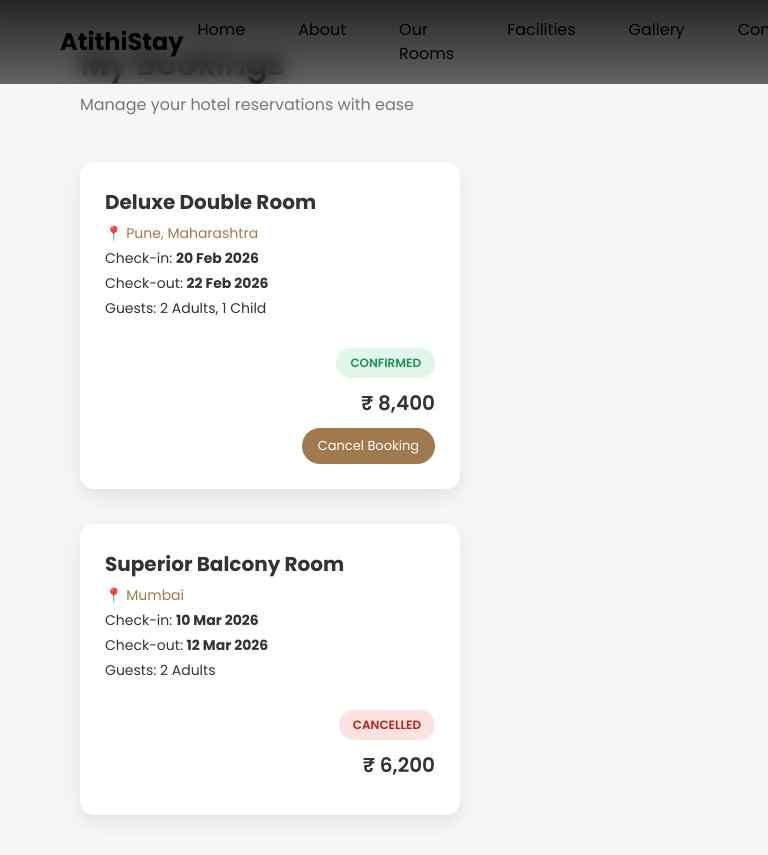
Repository: shraddhasal/HotelManagementSystem
Page: http://localhost/HMS/jsp/user/mybookings.jsp
An editor plug-in stored every save of this project. The page is shown before and after the next save, followed by the edit.
The browser window is 768 px wide. The pictures show the whole page.
The page is served by Tomcat 10. The session is filled in as if someone had signed in: {"userName": "testuser"}. Other server files are loaded and not shown.

Above is the page before, as saved 2026-02-17 12:17:57.

### HMS/src/main/webapp/jsp/user/mybookings.jsp


<%@ page language="java" contentType="text/html; charset=UTF-8"%>
<%
    String userName = (String) session.getAttribute("userName");
    if (userName == null) {
        response.sendRedirect(request.getContextPath() + "/jsp/user/login.jsp");
        return;
    }
%>

<!DOCTYPE html>
<html>
<head>
    <title>My Bookings | AtithiStay</title>

    <link rel="stylesheet" href="<%=request.getContextPath()%>/css/mybookings.css">

    <!-- Poppins -->
    <link href="https://fonts.googleapis.com/css2?family=Poppins:wght@300;400;500;600;700&display=swap"
          rel="stylesheet">
</head>

<body>
<jsp:include page="/jsp/common/navbar.jsp" />

<div class="mybookings-page">

    <!-- HEADER -->
    <div class="mybookings-header">
        <h1>My Bookings</h1>
        <p>Manage your hotel reservations with ease</p>
    </div>

    <!-- BOOKINGS LIST -->
    <div class="bookings-container">

        <!-- BOOKING CARD -->
        <div class="booking-card">
            <div class="booking-left">
                <h3>Deluxe Double Room</h3>
                <p class="location">📍 Pune, Maharashtra</p>
                <p>Check-in: <b>20 Feb 2026</b></p>
                <p>Check-out: <b>22 Feb 2026</b></p>
                <p>Guests: 2 Adults, 1 Child</p>
            </div>

            <div class="booking-right">
                <span class="status confirmed">CONFIRMED</span>
                <p class="price">₹ 8,400</p>
                <button class="cancel-btn">Cancel Booking</button>
            </div>
        </div>

        <!-- BOOKING CARD -->
        <div class="booking-card">
            <div class="booking-left">
                <h3>Superior Balcony Room</h3>
                <p class="location">📍 Mumbai</p>
                <p>Check-in: <b>10 Mar 2026</b></p>
                <p>Check-out: <b>12 Mar 2026</b></p>
                <p>Guests: 2 Adults</p>
            </div>

            <div class="booking-right">
                <span class="status cancelled">CANCELLED</span>
                <p class="price">₹ 6,200</p>
            </div>
        </div>

    </div>
</div>

</body>
</html>

### HMS/src/main/webapp/jsp/common/navbar.jsp
<%
    String userName = (String) session.getAttribute("userName");
%>

<nav class="navbar">
    <h2 class="logo"
        onclick="window.location.href='<%=request.getContextPath()%>/home.jsp'">
        AtithiStay
    </h2>

    <ul>
        <li onclick="window.location.href='<%=request.getContextPath()%>/home.jsp'">Home</li>
        <li onclick="window.location.href='<%=request.getContextPath()%>/home.jsp#about'">About</li>
        <li onclick="window.location.href='<%=request.getContextPath()%>/jsp/user/rooms.jsp'">Our Rooms</li>
        <li onclick="window.location.href='<%=request.getContextPath()%>/home.jsp#facilities'">Facilities</li>
        <li onclick="window.location.href='<%=request.getContextPath()%>/home.jsp#gallery'">Gallery</li>
        <li onclick="window.location.href='<%=request.getContextPath()%>/home.jsp#contact'">Contact</li>

        <% if (userName != null) { %>
            <li onclick="window.location.href='<%=request.getContextPath()%>/jsp/user/mybookings.jsp'">
                My Bookings
            </li>
        <% } %>
    </ul>

    <div class="nav-right">
        <% if (userName != null) { %>
            <span class="welcome-text">Hi, <%= userName %></span>
            <a href="<%=request.getContextPath()%>/logout" class="nav-login-btn">
                Logout
            </a>
        <% } else { %>
            <a href="<%=request.getContextPath()%>/jsp/user/login.jsp"
               class="nav-login-btn">
                Login
            </a>
        <% } %>
    </div>
</nav>

### HMS/src/main/webapp/css/mybookings.css
@import url("./home.css");
* {
    margin: 0;
    padding: 0;
    box-sizing: border-box;
    font-family: 'Poppins', sans-serif;
}

body {
    background: #f6f6f6;
}

.mybookings-page {
    padding: 40px 80px;
}

/* HEADER */
.mybookings-header {
    margin-bottom: 30px;
}

.mybookings-header h1 {
    font-size: 32px;
    font-weight: 600;
}

.mybookings-header p {
    color: #777;
    margin-top: 5px;
}

/* BOOKINGS */
.bookings-container {
    display: flex;
    flex-direction: column;
    gap: 20px;
}

.booking-card {
    background: #fff;
    padding: 25px;
    border-radius: 14px;
    display: flex;
    justify-content: space-between;
    box-shadow: 0 8px 20px rgba(0,0,0,0.08);
}

.booking-left h3 {
    font-size: 20px;
    margin-bottom: 6px;
}

.location {
    color: #a0794c;
    margin-bottom: 8px;
}

.booking-left p {
    font-size: 14px;
    margin-bottom: 4px;
}

/* RIGHT */
.booking-right {
    text-align: right;
}

.price {
    font-size: 20px;
    font-weight: 600;
    margin: 10px 0;
}

/* STATUS */
.status {
    padding: 6px 14px;
    border-radius: 20px;
    font-size: 12px;
    font-weight: 600;
    display: inline-block;
}

.confirmed {
    background: #e0f6e9;
    color: #1f9254;
}

.cancelled {
    background: #fde2e2;
    color: #b42318;
}

/* BUTTON */
.cancel-btn {
    background: #a0794c;
    color: #fff;
    border: none;
    padding: 8px 16px;
    border-radius: 20px;
    cursor: pointer;
    font-size: 13px;
}

.cancel-btn:hover {
    background: #8c653a;
}

### HMS/src/main/webapp/css/home.css

* {
  font-family: 'Poppins', sans-serif;
}
html {
  font-size: 16px;
  line-height: 1.5;
  -webkit-text-size-adjust: 100%;
}

body {
  margin: 0;
  padding: 0;
  font-family: Arial, sans-serif;
}

/* Reset */
* {
  margin: 0;
  padding: 0;
  box-sizing: border-box;
}

html, body, #root {
  width: 100%;
}

/* ================= HERO SECTION ================= */
.hero {
  width: 100%;
  height: 82vh;
  background: url("https://images.unsplash.com/photo-1566073771259-6a8506099945")
              no-repeat center center;
  background-size: cover;
  color: white;
  position: relative;
}

/* Dark overlay */
.hero::before {
  content: "";
  position: absolute;
  inset: 0;
  background: rgba(0,0,0,0.5);
}

.hero > * {
  position: relative;
  z-index: 1;
}

/* ================= NAVBAR ================= */
.navbar {
  position: fixed;
  top: 0;
  left: 0;
  width: 100%;
  z-index: 1000;

  display: flex;
  justify-content: space-between;
  align-items: center;
  padding: 10px 60px;

  backdrop-filter: blur(10px);
  background: linear-gradient(
    to bottom,
    rgba(0,0,0,0.85),
    rgba(0,0,0,0.6)
  );
}

/* Navbar links */
.navbar ul {
  list-style: none;
  display: flex;
  gap: 25px;
}

.navbar li {
  padding: 8px 14px;
  border-radius: 6px;
  cursor: pointer;
  transition: 0.3s;
}

.navbar li:hover {
  background: white;
  color: #8b5e3c;
}

/* Login button */
.nav-login-btn {
  background: #8b5e3c;
  color: #fff;
  border: none;
  padding: 8px 18px;
  border-radius: 6px;
  font-size: 14px;
  font-weight: 600;
  cursor: pointer;
}
.nav-right {
  display: flex;
  align-items: center;
  gap: 15px;
  min-width: 140px;   /* 🔥 keeps layout stable */
}

.welcome-text {
  color: white;
  font-size: 14px;
}

/* ================= HERO CONTENT ================= */
.hero-content {
  width: 100%;
  max-width: 1200px;
  margin: 0 auto;
  padding-top: 70px;

  display: flex;
  justify-content: space-between;
  align-items: center;
  gap: 30px;
}

.left {
  width: 45%;
}

.left h1 {
  font-size: 65px;
  margin-bottom: 30px;
  line-height: 1.15;
}

.left p {
  margin-bottom: 35px;
  opacity: 0.9;
}

/* ================= VISIT US BUTTON ================= */

/* ================= VISIT US BUTTON ================= */

.visit-btn {
  background: transparent;
  border: 2px solid #ffffff;
  color: #ffffff;
  padding: 14px 36px;
  border-radius: 30px;
  font-size: 14px;
  font-weight: 600;
  letter-spacing: 0.5px;
  cursor: pointer;
  transition: all 0.35s ease;
  margin-top: 10px;
}


/* Hover effect */
.visit-btn:hover {
  background: #8b5e3c;
  border-color: #8b5e3c;
  color: #fff;
  transform: translateY(-3px);
  box-shadow: 0 10px 25px rgba(139, 94, 60, 0.35);
}

/* ================= BOOKING CARD ================= */
.booking-card {
  width: 380px;
  background: #ffffff;
  color: #333;
  padding: 25px;
  border-radius: 6px;
  margin-top: 15px;
  display: flex;
  flex-direction: column;
  gap: 25px;
  box-shadow: 0 8px 25px rgba(0,0,0,0.25);

}
.booking-card .field input[type="text"] {
  padding: 10px;
  border-radius: 4px;
  border: 1px solid #ddd;
  font-size: 14px;
   height: 42px;
}

/* Heading */
.booking-card h2 {
  text-align: left;
  margin-bottom: 12px;
}

/* Row layout */
.date-row {
  display: flex;
  gap: 10px;
}

.row {
  display: flex;
  gap: 10px;
}
.booking-card .field {
  margin-bottom: 10px;   /* adds space between fields */
}

.booking-card h2 {
  margin-bottom: 22px;   /* space under Book A Room heading */
}

/* Field */
.field {
  display: flex;
  flex-direction: column;
  flex: 1;
}

.field label {
  font-size: 13px;
  margin-bottom: 5px;
  color: #444;
}
.booking-card .field label {
  margin-bottom: 4px;    /* tighten label-input gap */
  font-size: 13px;
}

/* Inputs */
.field input,
.field select {
  padding: 10px;
  border-radius: 4px;      /* 🔥 almost square */
  border: 1px solid #ddd;
  font-size: 14px;
  outline: none;
}

/* Button */
.check-btn {
  background: #8b5e3c;
  color: white;
  padding: 12px;
  border: none;
  cursor: pointer;
  border-radius: 4px;
  font-weight: bold;
  transition: 0.3s;
}

.check-btn:hover {
  background: #6f472d;
}

/* ================= ROOMS SECTION ================= */

.rooms {
  background: #f5f0ea;
  padding: 90px 80px;
  text-align: center;
  padding: 40px 80px 80px;
  margin-top: 0;
}

/* heading */
.rooms-tag {
  color: #8b5e3c;
  font-size: 13px;
  letter-spacing: 2px;
  text-transform: uppercase;
}

.rooms-heading {
  font-size: 42px;
  margin: 10px 0 15px;
  font-weight: 700;
  color: #2b2b2b;
}

.rooms-subtext {
  max-width: 720px;
  margin: 0 auto 60px;
  color: #777;
  font-size: 14px;
  line-height: 1.7;
}

/* GRID */
.lux-rooms-grid {
  display: grid;
  grid-template-columns: repeat(3, 1fr);
  gap: 32px;
}

/* CARD */
.lux-room-card {
  position: relative;
  height: 380px;
  border-radius: 22px;
  overflow: hidden;
  box-shadow: 0 18px 40px rgba(0,0,0,0.18);
  cursor: pointer;
}

/* IMAGE */
.lux-room-card img {
  width: 100%;
  height: 100%;
  object-fit: cover;
  transition: transform 0.6s ease;
}

/* OVERLAY */
.lux-overlay {
  position: absolute;
  inset: 0;
  background: linear-gradient(
    to top,
    rgba(0,0,0,0.75),
    rgba(0,0,0,0.25)
  );
  display: flex;
  flex-direction: column;
  justify-content: flex-end;
  align-items: center;
  padding: 30px;
  text-align: center;
  color: #fff;
}

/* TEXT */
.lux-overlay h3 {
  font-size: 22px;
  font-weight: 600;
  margin-bottom: 6px;
}

.lux-overlay p {
  font-size: 15px;
  margin-bottom: 16px;
}

/* BUTTON */
.lux-overlay button {
  background: #8b5e3c;
  color: #fff;
  border: none;
  padding: 10px 24px;
  border-radius: 25px;
  font-size: 14px;
  font-weight: 600;
  cursor: pointer;
  opacity: 1;
  transition: all 0.3s ease;
}

.lux-overlay button:hover {
  background: #6f472d;
}

/* HOVER EFFECT */
.lux-room-card:hover img {
  transform: scale(1.1);
}

/* RESPONSIVE */
@media (max-width: 1024px) {
  .lux-rooms-grid {
    grid-template-columns: repeat(2, 1fr);
  }
}

@media (max-width: 640px) {
  .lux-rooms-grid {
    grid-template-columns: 1fr;
  }
}

/* ================= VIEW ALL ROOMS BUTTON ================= */

.view-all-wrapper {
  margin-top: 50px;
  display: flex;
  justify-content: center;
}

/* BUTTON */
.view-all-btn {
  background: #8b5e3c;                /* brown fill */
  color: #fff;
  border: none;
  padding: 14px 38px;
  border-radius: 999px;               /* pill shape */
  font-size: 14px;
  font-weight: 600;
  letter-spacing: 0.4px;
  cursor: pointer;

  /* BLUE GLOW RING */
  box-shadow:
    0 0 0 3px rgba(88, 151, 255, 0.6),
    0 10px 25px rgba(139, 94, 60, 0.35);

  transition: all 0.35s ease;
}

/* HOVER */
.view-all-btn:hover {
  background: #6f472d;
  transform: translateY(-3px);

  box-shadow:
    0 0 0 4px rgba(88, 151, 255, 0.85),
    0 14px 35px rgba(139, 94, 60, 0.45);
}

/* ACTIVE (CLICK) */
.view-all-btn:active {
  transform: translateY(0);
}



/* ================= EXPLORE ================= */
/* EXPLORE SECTION FINAL UI  */
/* ========================= */

.explore {
  background:#ffffff;
  padding: 100px 80px;
  text-align: center;
   margin-top: -60px;
   padding-top: 40px;
}

/* small heading */
.explore-tag {
  color: #8b5e3c;        /* brown luxury color */
  font-size: 16px;       /* increased size */
  font-weight: 700;      /* bold */
  letter-spacing: 4px;   /* spacing between letters */
  text-transform: uppercase;
  margin-bottom: 12px;
}
.explore-tag::after {
  content: "";
  display: block;
  width: 40px;
  height: 2px;
  background: #8b5e3c;
  margin: 8px auto 0;
}


/* main heading */
.explore-heading {
  font-size: 44px;
  margin: 10px 0 15px;
  font-weight: 700;
  color: #2b2b2b;
}

/* paragraph */
.explore-subtext {
  max-width: 720px;
  margin: 0 auto 60px;
  color: #777;
  font-size: 14px;
  line-height: 1.7;
}

/* GRID LAYOUT */
.explore-grid {
  display: grid;
  grid-template-columns: repeat(3, 280px); /* 👈 fixed smaller width */
  justify-content: center;                 /* center all cards */
  gap: 30px;
}

/* CARD */
.explore-card {
  background: #f5f0ea;;
  padding: 45px 30px;
  border-radius: 6px;
  border: 1px solid #eee;
  height: 230px;              /* 👈 increased height */
  width: 280px;               /* 👈 fixed width (square look) */
  transition: all 0.35s ease;
  position: relative;
}


/* ICON */
.explore-icon {
  font-size: 34px;       /* 🔥 bigger icon */
  color: #8b5e3c;
  margin-bottom: 20px;
}

/* TITLE */
.explore-card h3 {
  font-size: 18px;
  margin-bottom: 10px;
  font-weight: 600;
  color: #222;
}

/* TEXT */
.explore-card p {
  font-size: 13px;
  color: #777;
  margin-bottom: 12px;
  line-height: 1.6;
}

/* LINK */
.explore-card a {
  font-size: 13px;
  color: #8b5e3c;
  text-decoration: none;
  font-weight: 500;
}

/* ⭐ PREMIUM HOVER EFFECT */
.explore-card:hover {
  transform: translateY(-10px);
  box-shadow: 0 20px 40px rgba(0,0,0,0.08);
  border-color: #e5d6c6;
}

/* RESPONSIVE */
@media (max-width: 900px) {
  .explore-grid {
    grid-template-columns: 1fr;
  }
}

/* ================= TESTIMONIALS ================= */

.testimonials {
  background: #f5f0ea;   /* 🔥 different soft background */
  text-align: center;
  padding: 40px 80px 80px;
  margin-top: 0;
}

/* small heading */
.test-tag {
  color: #8b5e3c;
  font-size: 13px;
  letter-spacing: 2px;
  text-transform: uppercase;
}

/* main heading */
.test-heading {
  font-size: 40px;
  margin: 10px 0 50px;
  font-weight: 700;
  color: #2b2b2b;
}

/* GRID */
.test-grid {
  display: grid;
  grid-template-columns: repeat(3, 320px);
  justify-content: center;
  gap: 30px;
}

/* CARD */
.test-card {
  background: #ffffff;
  padding: 30px 25px;
  border-radius: 8px;
  box-shadow: 0 8px 20px rgba(0,0,0,0.06);
  transition: 0.3s;
  text-align: center;
}

/* USER IMAGE */
.test-card img {
  width: 70px;
  height: 70px;
  border-radius: 50%;
  margin-bottom: 15px;
}

/* TEXT */
.test-card p {
  font-size: 14px;
  color: #666;
  line-height: 1.6;
  margin-bottom: 15px;
}

/* NAME */
.test-card h4 {
  font-size: 16px;
  color: #222;
  margin-bottom: 5px;
}

/* ROLE */
.test-card span {
  font-size: 13px;
  color: #8b5e3c;
}

/* HOVER */
.test-card:hover {
  transform: translateY(-8px);
  box-shadow: 0 15px 35px rgba(0,0,0,0.1);
}


/* ================= GALLERY ================= */

.gallery {
  background: #ffffff;   /* different from testimonials */
  padding: 90px 80px;
  text-align: center;
  margin-top: -60px;
   padding-top: 40px;
}

/* small tag */
.gallery-tag {
  color: #8b5e3c;
  font-size: 13px;
  letter-spacing: 2px;
  text-transform: uppercase;
}

/* main heading */
.gallery-heading {
  font-size: 40px;
  margin: 10px 0 50px;
  font-weight: 700;
  color: #2b2b2b;
}

/* GRID */
.gallery-grid {
  display: grid;
  grid-template-columns: repeat(3, 320px);
  justify-content: center;
  gap: 25px;
}

/* IMAGE CARD */
.gallery-item {
  position: relative;
  overflow: hidden;
  border-radius: 6px;
  cursor: pointer;
}

/* IMAGE */
.gallery-item img {
  width: 100%;
  height: 220px;
  object-fit: cover;
  transition: transform 0.5s ease;
}

/* HOVER ZOOM */
.gallery-item:hover img {
  transform: scale(1.1);
}

/* OVERLAY */
.overlay {
  position: absolute;
  inset: 0;
  background: rgba(0,0,0,0.45);
  color: white;
  font-size: 16px;
  font-weight: 500;
  display: flex;
  justify-content: center;
  align-items: center;
  opacity: 0;
  transition: 0.4s;
}

/* SHOW OVERLAY ON HOVER */
.gallery-item:hover .overlay {
  opacity: 1;
}

/* ================= ABOUT SECTION ================= */

.about {
  background: #f5f0ea; /* different from explore */
  padding: 90px 80px;
}

/* layout */
.about-container {
  max-width: 1100px;      /* control total width */
  margin: 0 auto;         /* 🔥 center whole section */

  display: flex;
  align-items: center;    /* vertical center */
  justify-content: center;/* horizontal center */

  gap: 60px;
}

/* LEFT IMAGE GRID */
.about-images {
  display: grid;
  grid-template-columns: repeat(2, 200px);
  grid-template-rows: repeat(2, 150px);
  gap: 15px;
  justify-content: center;  /* 🔥 center image block */
}


.about-images img {
  width: 100%;
  height: 100%;
  object-fit: cover;
  border-radius: 6px;
}

/* RIGHT CONTENT */
.about-content {
  max-width: 450px;
}


/* tag */
.about-tag {
  color: #8b5e3c;
  font-size: 14px;
  letter-spacing: 2px;
  text-transform: uppercase;
}

/* heading */
.about-content h2 {
  font-size: 40px;
  margin: 10px 0 20px;
  color: #222;
}

/* paragraph */
.about-content p {
  color: #666;
  font-size: 15px;
  line-height: 1.7;
  margin-bottom: 15px;
}

/* button */
.about-btn {
  background: #8b5e3c;
  color: white;
  border: none;
  padding: 12px 25px;
  cursor: pointer;
  margin-top: 10px;
  transition: 0.3s;
}

.about-btn:hover {
  background: #6f472d;
}


/* ================= FOOTER ================= */

.footer {
  background: #1b1b1b;
  color: #ccc;
  padding-top: 70px;
}

/* Container */
.footer-container {
  display: grid;
  grid-template-columns: repeat(4, 1fr);
  gap: 40px;
  padding: 0 80px 50px;
}

/* Logo */
.footer-logo {
  color: #fff;
  font-size: 26px;
  margin-bottom: 15px;
}

/* Headings */
.footer-col h3 {
  color: #fff;
  margin-bottom: 15px;
}

/* Text */
.footer-col p {
  font-size: 14px;
  line-height: 1.6;
  color: #bbb;
}

/* Links */
.footer-col ul {
  list-style: none;
  padding: 0;
}

.footer-col li {
  margin-bottom: 10px;
  cursor: pointer;
  transition: 0.3s;
}

.footer-col li:hover {
  color: #c8a97e;
}

/* Subscribe */
.subscribe-box {
  display: flex;
  margin-top: 10px;
}

.subscribe-box input {
  padding: 10px;
  border: none;
  outline: none;
  flex: 1;
  font-size: 13px;
}

.subscribe-box button {
  background: #c8a97e;
  border: none;
  padding: 10px 15px;
  color: #fff;
  cursor: pointer;
  transition: 0.3s;
}

.subscribe-box button:hover {
  background: #a8825e;
}

/* Social icons */
.social-icons {
  margin-top: 15px;
  display: flex;
  gap: 12px;
  font-size: 18px;
}

.social-icons span {
  cursor: pointer;
  transition: 0.3s;
}

.social-icons span:hover {
  color: #c8a97e;
}

/* Bottom bar */
.footer-bottom {
  text-align: center;
  padding: 15px;
  background: #111;
  font-size: 13px;
  color: #888;
}

After the next save:
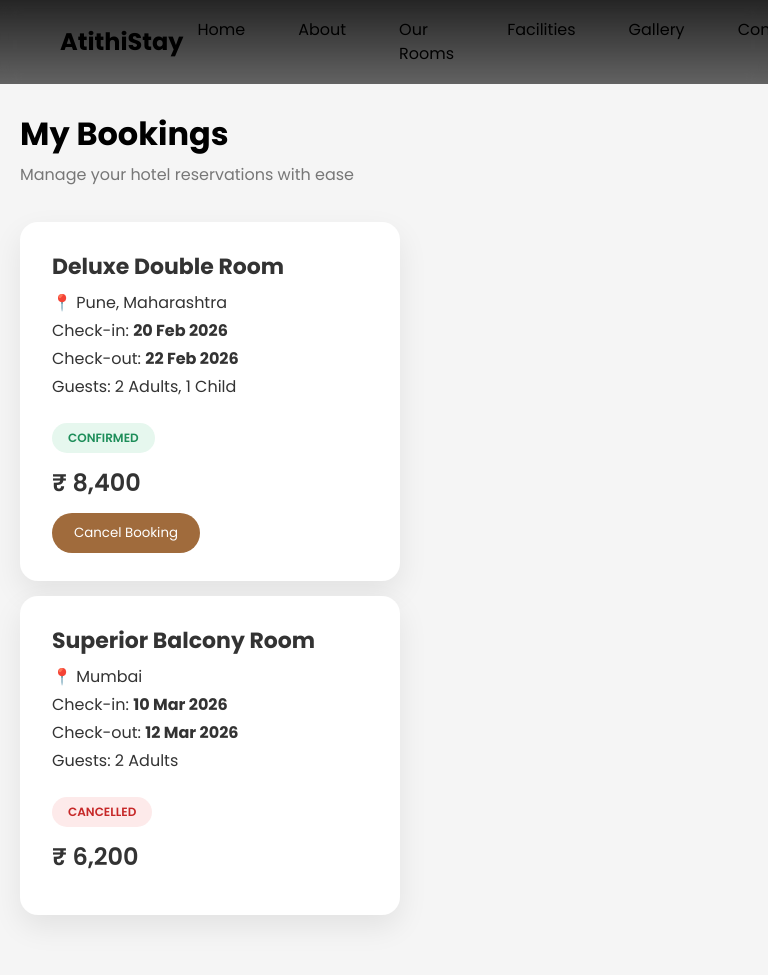
Saved 4 min 47 s later.
--- a/HMS/src/main/webapp/css/mybookings.css
+++ b/HMS/src/main/webapp/css/mybookings.css
@@ -1,106 +1,122 @@
 @import url("./home.css");
+/* RESET */
 * {
-    margin: 0;
-    padding: 0;
-    box-sizing: border-box;
-    font-family: 'Poppins', sans-serif;
+  box-sizing: border-box;
 }
 
 body {
-    background: #f6f6f6;
+  font-family: 'Poppins', sans-serif;
+  background: #f5f5f5;
+  margin: 0;
 }
 
+/* PAGE WRAPPER */
 .mybookings-page {
-    padding: 40px 80px;
+  max-width: 1100px;
+  margin: 110px auto 60px; /* SPACE BELOW NAVBAR */
+  padding: 0 20px;
 }
 
 /* HEADER */
-.mybookings-header {
-    margin-bottom: 30px;
-}
-
 .mybookings-header h1 {
-    font-size: 32px;
-    font-weight: 600;
+  font-size: 32px;
+  margin-bottom: 5px;
 }
 
 .mybookings-header p {
-    color: #777;
-    margin-top: 5px;
+  color: #777;
+  margin-bottom: 35px;
 }
 
-/* BOOKINGS */
-.bookings-container {
-    display: flex;
-    flex-direction: column;
-    gap: 20px;
+/* LIST (ONE PER ROW) */
+.bookings-list {
+  display: flex;
+  flex-direction: column;
+  gap: 30px;
 }
 
+/* CARD */
 .booking-card {
-    background: #fff;
-    padding: 25px;
-    border-radius: 14px;
-    display: flex;
-    justify-content: space-between;
-    box-shadow: 0 8px 20px rgba(0,0,0,0.08);
+  background: #fff;
+  border-radius: 18px;
+  padding: 28px 32px;
+  display: flex;
+  justify-content: space-between;
+  align-items: center;
+  box-shadow: 0 12px 30px rgba(0,0,0,0.08);
 }
 
+/* LEFT */
 .booking-left h3 {
-    font-size: 20px;
-    margin-bottom: 6px;
+  font-size: 22px;
+  margin-bottom: 8px;
 }
 
 .location {
-    color: #a0794c;
-    margin-bottom: 8px;
+  color: #a06b3c;
+  margin-bottom: 12px;
 }
 
 .booking-left p {
-    font-size: 14px;
-    margin-bottom: 4px;
+  margin: 4px 0;
+  color: #333;
 }
 
 /* RIGHT */
 .booking-right {
-    text-align: right;
+  text-align: right;
+  min-width: 200px;
 }
 
+/* PRICE */
 .price {
-    font-size: 20px;
-    font-weight: 600;
-    margin: 10px 0;
+  font-size: 24px;
+  font-weight: 600;
+  margin: 12px 0;
 }
 
 /* STATUS */
 .status {
-    padding: 6px 14px;
-    border-radius: 20px;
-    font-size: 12px;
-    font-weight: 600;
-    display: inline-block;
+  padding: 6px 16px;
+  border-radius: 20px;
+  font-size: 12px;
+  font-weight: 600;
+  display: inline-block;
 }
 
 .confirmed {
-    background: #e0f6e9;
-    color: #1f9254;
+  background: #e6f7ee;
+  color: #1e8e5a;
 }
 
 .cancelled {
-    background: #fde2e2;
-    color: #b42318;
+  background: #fdeaea;
+  color: #c62828;
 }
 
 /* BUTTON */
 .cancel-btn {
-    background: #a0794c;
-    color: #fff;
-    border: none;
-    padding: 8px 16px;
-    border-radius: 20px;
-    cursor: pointer;
-    font-size: 13px;
+  background: #a06b3c;
+  color: #fff;
+  border: none;
+  padding: 10px 22px;
+  border-radius: 22px;
+  cursor: pointer;
 }
 
 .cancel-btn:hover {
-    background: #8c653a;
+  opacity: 0.9;
 }
+
+/* RESPONSIVE */
+@media (max-width: 768px) {
+  .booking-card {
+    flex-direction: column;
+    align-items: flex-start;
+    gap: 20px;
+  }
+
+  .booking-right {
+    text-align: left;
+  }
+}
